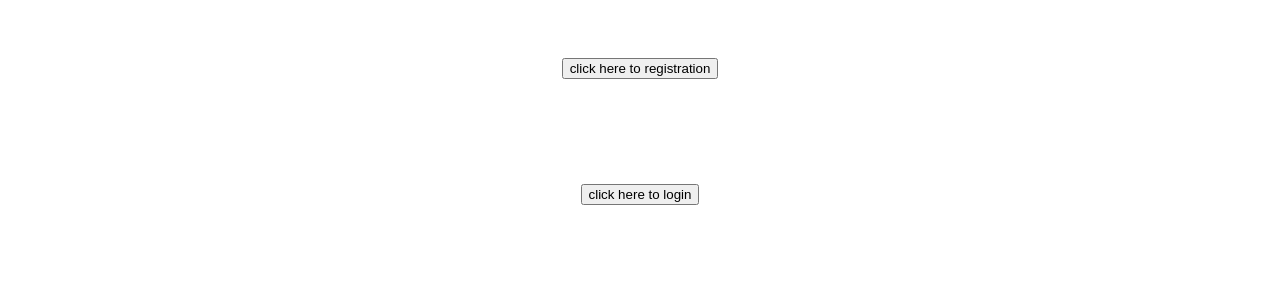
Repository: Raghava3/spring
Page: http://localhost/countryprojectdb/
The author's editor kept a copy of each file at every save. The page is drawn from the files as they stood at one save, then again after the next save.
The browser window is 1280 px wide. The pictures show the whole page.
The page is served by Tomcat 9.

Above is the page before, as saved 2017-04-06 06:02:27.

After the next save:
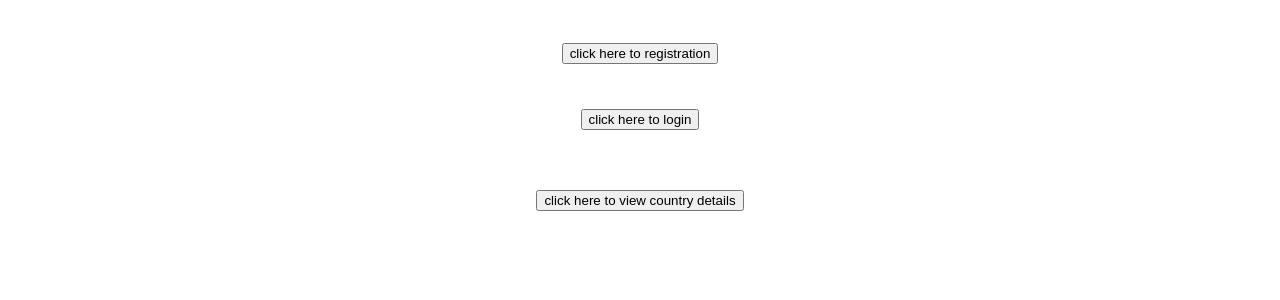
Saved 3 min 16 s later.
--- a/countryprojectdatabase/countryprojectdb/src/main/webapp/index.jsp
+++ b/countryprojectdatabase/countryprojectdb/src/main/webapp/index.jsp
@@ -6,21 +6,22 @@
 <meta http-equiv="Content-Type" content="text/html; charset=UTF-8">
 <title>Insert title here</title>
 </head>
-<body bg color="blue">
+<body>
 <pre>
 <center>
-
 <form action="registrationpage" method="post">
 <input type="submit" value="click here to registration" >
 </form>
 
+<form action="loginpage" method="post">
+<input type="submit" value="click here to login">
+</form>
 
 
+<form action="countrydetailspage" method="post">
+<input type="submit" value="click here to view country details" >
+</form>
 
-<form action="loginpage" method="post">
-<form action="login" method="post">
-<input type="submit" value="click here to login" >
-</form>
 
 </center>
 </pre>
